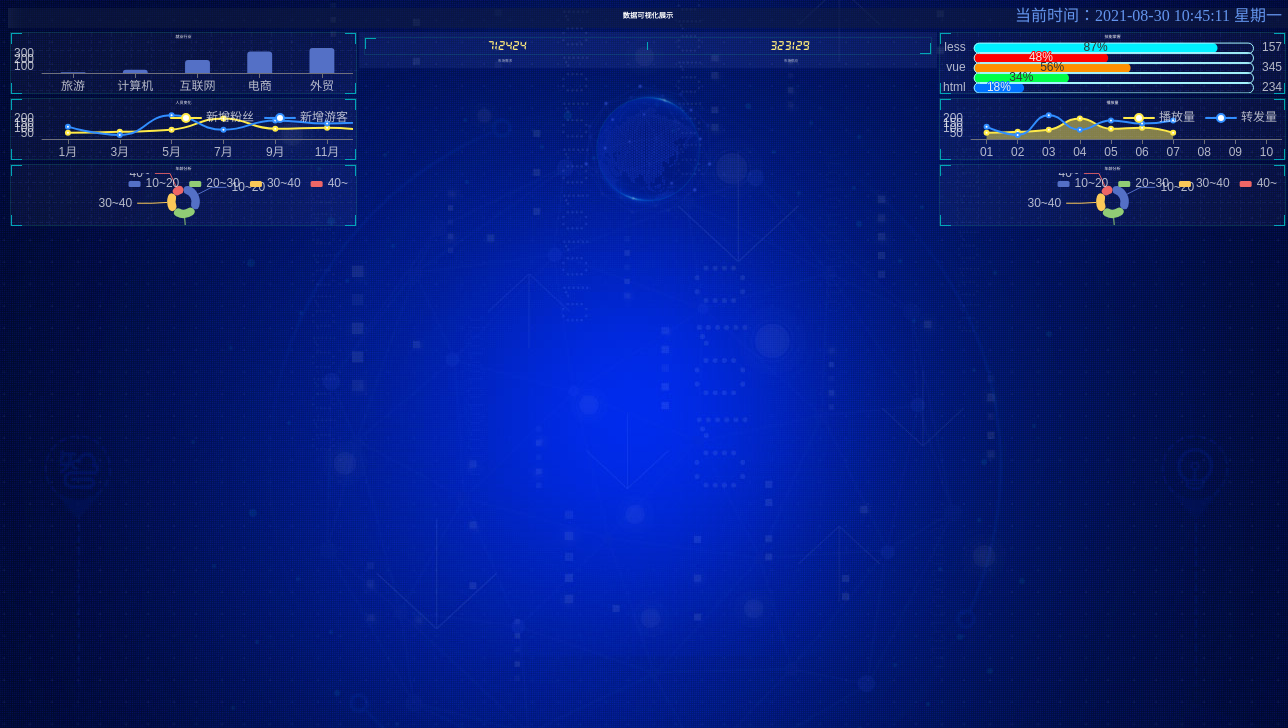
Repository: jiang-1990/DataVM
Page: /#/
An editor plug-in stored every save of this project. The page is shown before and after the next save, followed by the edit.
The browser window is 1280 px wide. The page is 1288 px wide, so the pictures cover 1288 px, including what lies to the right of the window. The pictures show the whole page.
The project was rebuilt for these pictures with package versions that can differ from the ones it lists, and the page was loaded fresh each time.

Above is the page before, as saved 2021-08-30 11:01:11.

After the next save:
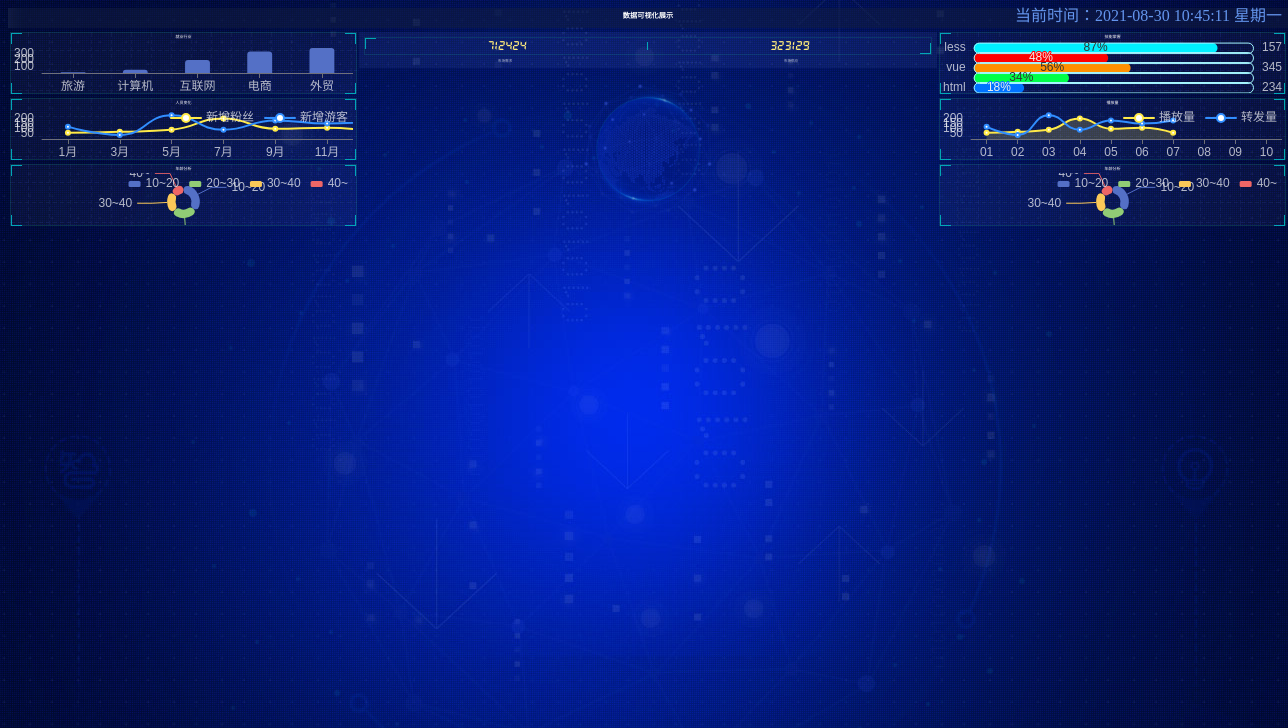
Saved 11 s later.
--- a/src/components/bigScreen.vue
+++ b/src/components/bigScreen.vue
@@ -359,7 +359,7 @@ export default {
               },
             },
             areaStyle: {
-              opacity: 0.5
+              opacity: 0.2
             },
           },
           {
